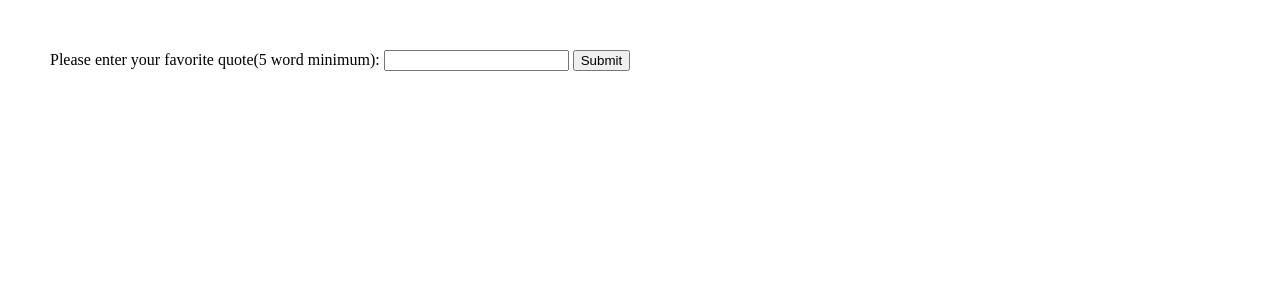
Repository: lilliebee/COSW30
Page: homework/homework4/quote.html
The author's editor kept a record of every edit. The page is drawn from the files as they stood at one moment, then again after the next edit.
The browser window is 1280 px wide. The pictures show the whole page.

Above is the page before.

### homework/homework4/quote.html
<html>
    <head>
        <style type="text/css">
            body {
                margin:50px;
            }
        </style>
    </head>
<body>

<form action="quote_process.php" method="post">
Please enter your favorite quote(5 word minimum):  <input type="text" quote="quote">

<input type="submit">
</form>

</body>
</html>

After the next edit:
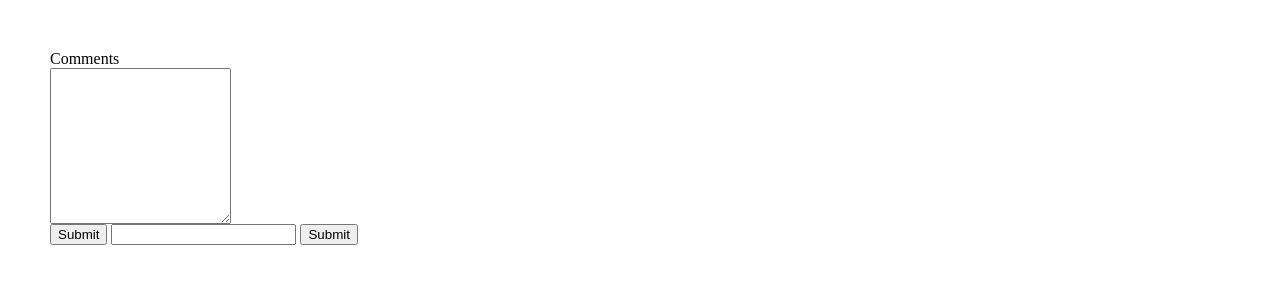
The edit:
--- a/homework/homework4/quote.html
+++ b/homework/homework4/quote.html
@@ -9,7 +9,11 @@
 <body>
 
 <form action="quote_process.php" method="post">
-Please enter your favorite quote(5 word minimum):  <input type="text" quote="quote">
+
+    <label>Comments</label>
+            <br><textarea name="comments" rows="10" columns="30"></textarea>
+            <br><button name="submit">Submit</button>
+  <input type="text" quote="quote">
 
 <input type="submit">
 </form>

After the edit that followed:
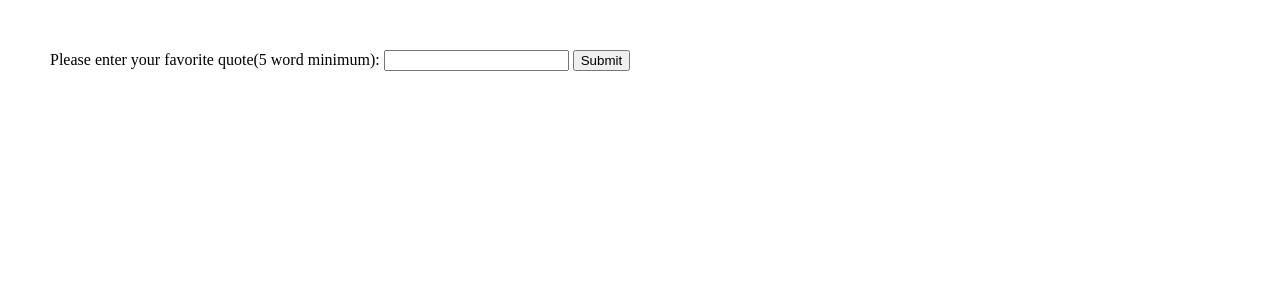
The edit:
--- a/homework/homework4/quote.html
+++ b/homework/homework4/quote.html
@@ -9,11 +9,8 @@
 <body>
 
 <form action="quote_process.php" method="post">
-
-    <label>Comments</label>
-            <br><textarea name="comments" rows="10" columns="30"></textarea>
-            <br><button name="submit">Submit</button>
-  <input type="text" quote="quote">
+<label>Please enter your favorite quote(5 word minimum):</label>
+<input type="text" quote="quote">
 
 <input type="submit">
 </form>
